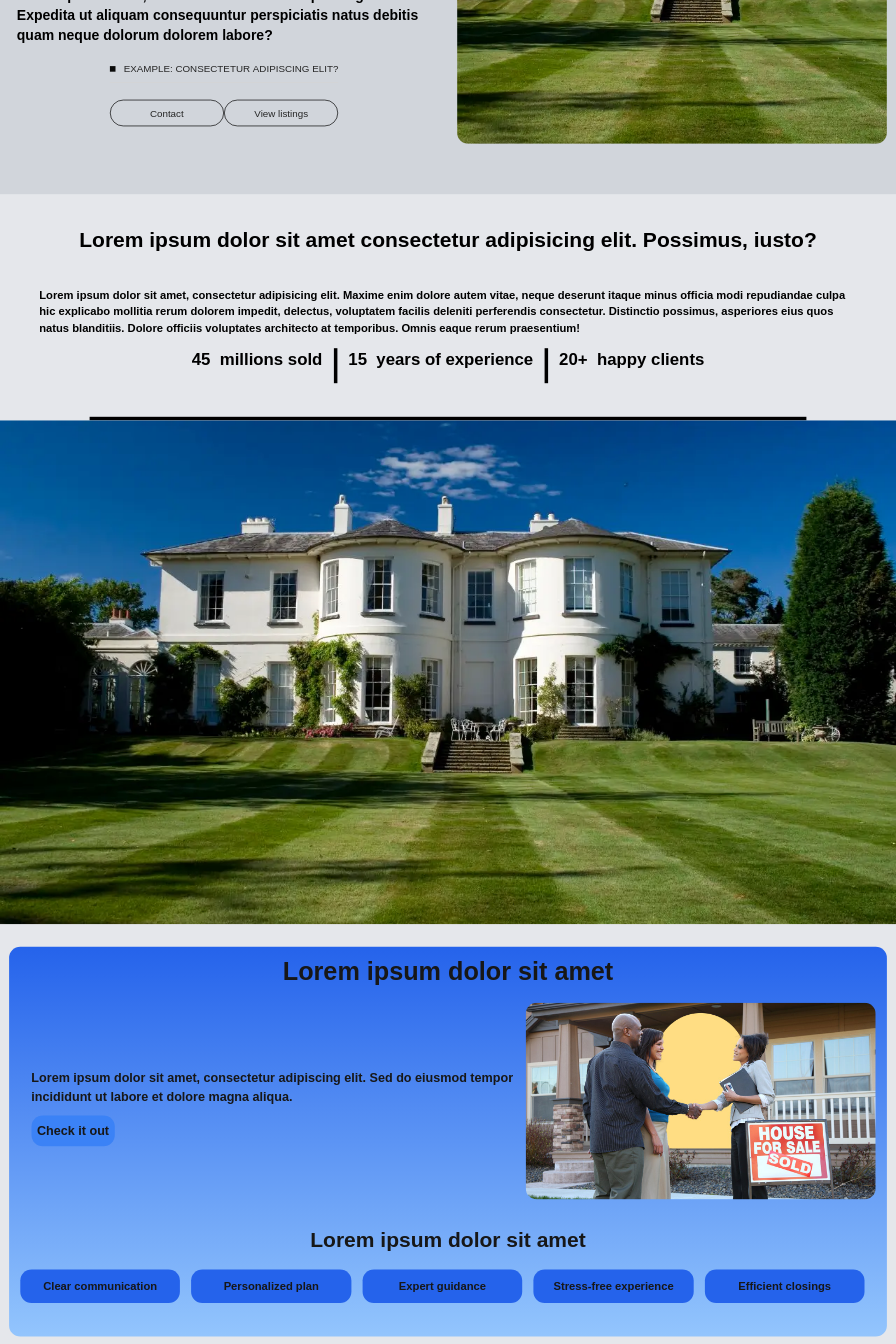
Repository: TMuse333/single-page-real-estate
Page: / (app in frontend/)
The author's editor kept a copy of each file at every save. The page is drawn from the files as they stood at one save, then again after a run of saves.
The browser window is 1280 px wide. The pictures show the part of the page from y = 378 to 2298 px (the page is 6112 px tall), at 70% of full size.
The project was rebuilt for these pictures with package versions that can differ from the ones it lists, and the page was loaded fresh each time. The framework's server and built-in components were replaced by stand-ins that run in the browser. Also part of the build but not shown: frontend/next.config.mjs.

Above is the page before, as saved 2024-12-05 16:09:14.

After the next 3 saves:
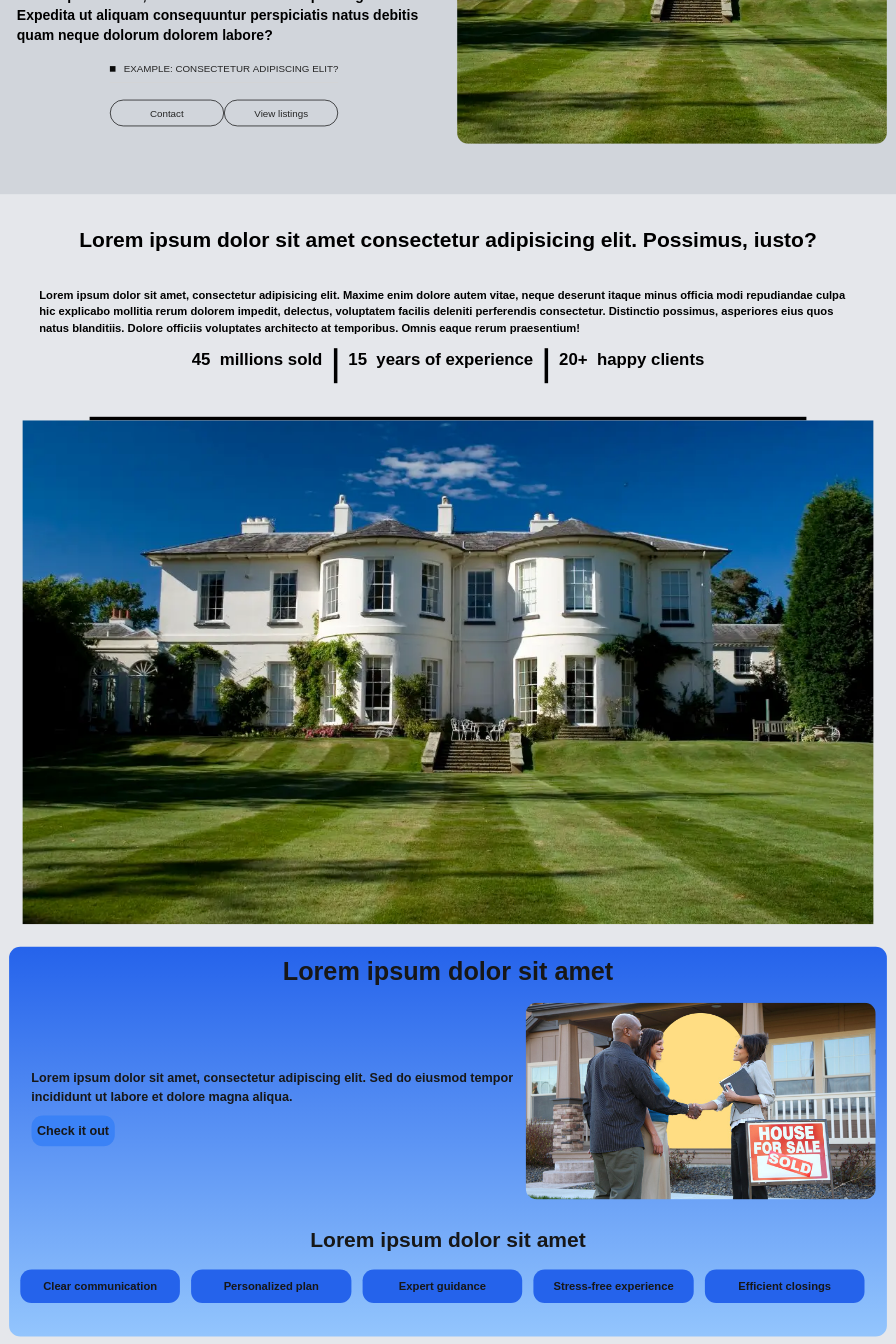
The 3 saves are shown as one change because they came seconds apart.
The last was saved 8 s later.
--- a/frontend/src/components/scaleImage/scaleImage.tsx
+++ b/frontend/src/components/scaleImage/scaleImage.tsx
@@ -22,7 +22,7 @@ const ScaleImage: React.FC<Props> = ({ src, alt }) => {
   return (
     <section
       ref={ref}
-      className="relative w-screen h-screen overflow-hidden"
+      className="relative w-[95vw] mx-auto h-screen overflow-hidden"
     >
       <motion.div
         style={{
